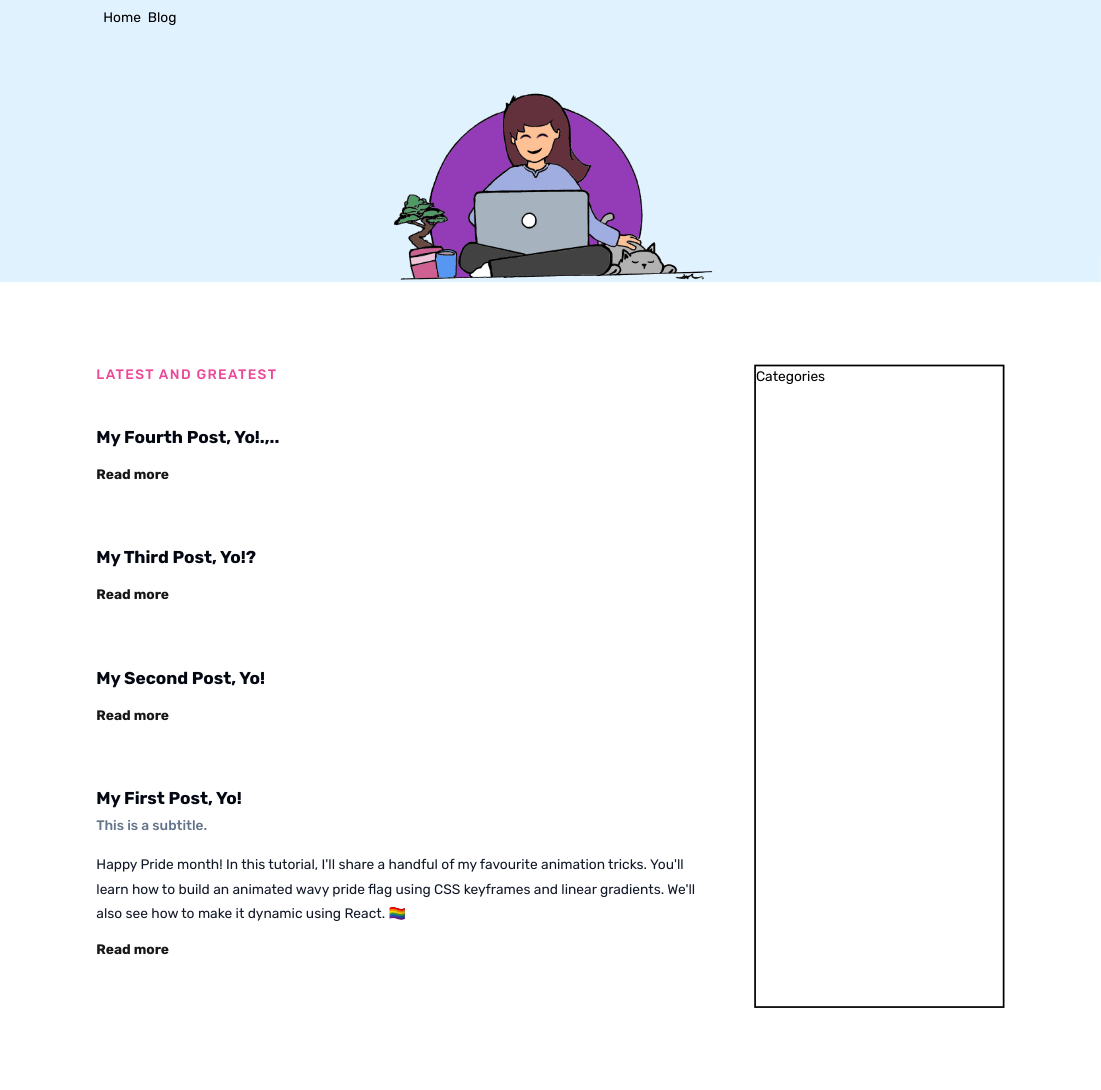
Repository: Risclover/markdown-blog
Page: /
An editor plug-in stored every save of this project. The page is shown before and after a run of saves, followed by the edit.
The browser window is 1280 px wide. The pictures show the whole page, at 86% of full size.
The project was rebuilt for these pictures with package versions that can differ from the ones it lists, and the page was loaded fresh each time. Also part of the build but not shown: src/ErrorPage.js, src/pages/PostPage/PostPage.js.

Above is the page before, as saved 2023-06-29 04:35:39.

After the next 2 saves:
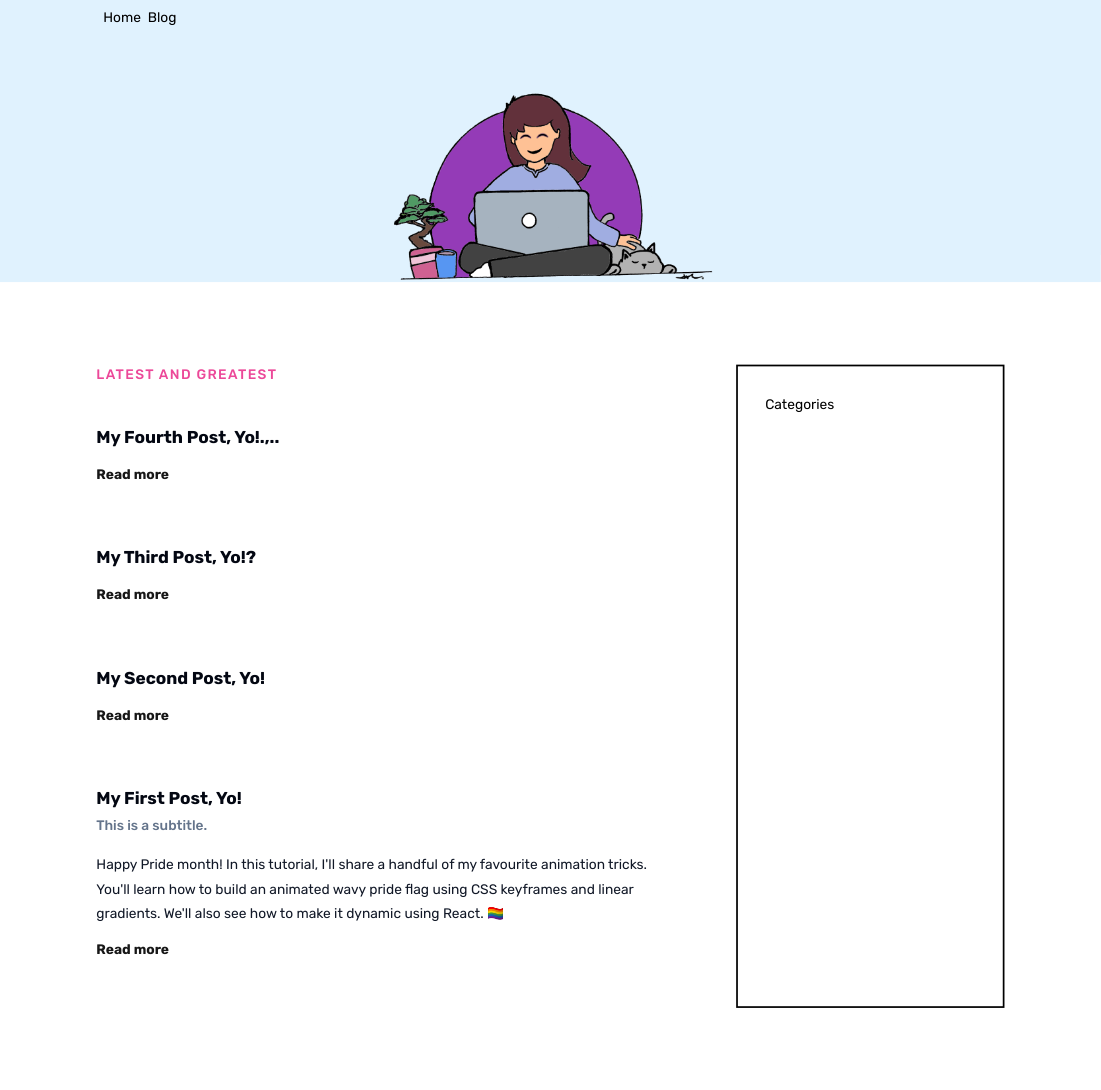
The 2 saves are shown as one change because they came seconds apart.
The last was saved 34 s later.
--- a/src/pages/Home/Categories.js
+++ b/src/pages/Home/Categories.js
@@ -1,5 +1,7 @@
 import React from "react";
 
 export default function Categories() {
-  return <section className="w-3/6 border-2 border-black">Categories</section>;
+  return (
+    <section className="w-3/6 border-2 border-black p-8">Categories</section>
+  );
 }
